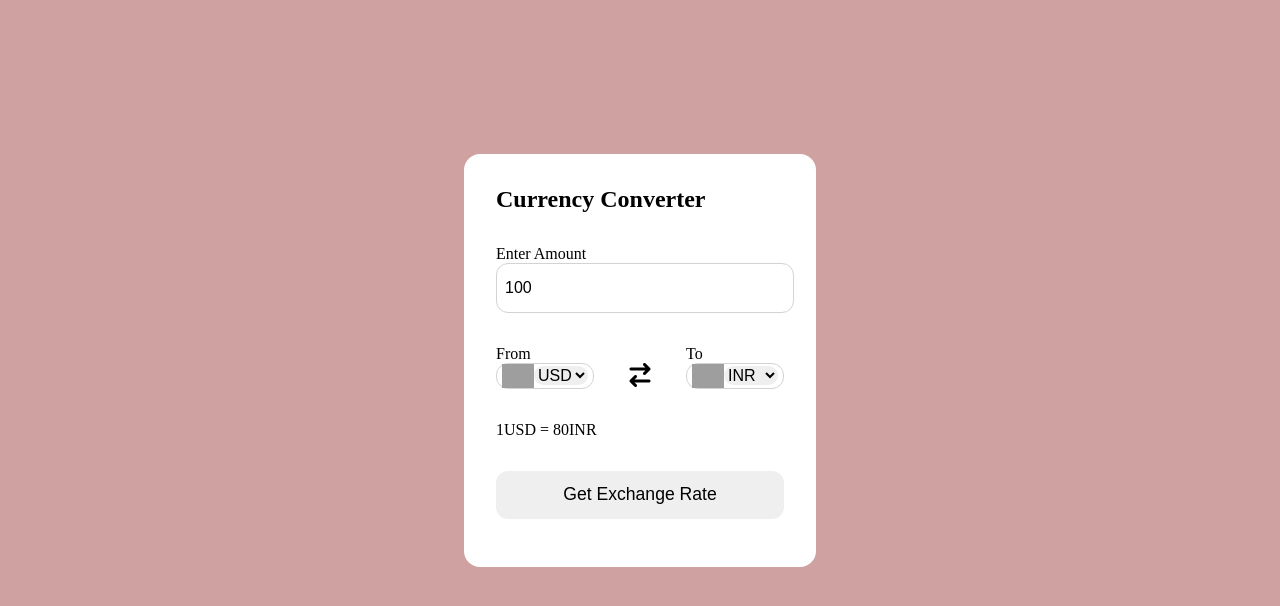
Repository: Chiranshukapil/Currency-Converter
Page: index.html
The author's editor kept a copy of each file at every save. The page is drawn from the files as they stood at one save, then again after the next save.
The browser window is 1280 px wide. The pictures show the whole page.
Pictures or frames that could not be fetched are drawn as grey boxes.

Above is the page before, as saved 2024-07-01 04:35:33.

### index.html
<!DOCTYPE html>
<html lang="en">
<head>
    <meta charset="UTF-8">
    <meta name="viewport" content="width=device-width, initial-scale=1.0">
    <title>Currency Converter</title>
    <link rel="stylesheet" href="style.css">
    <link rel="stylesheet" href="https://cdnjs.cloudflare.com/ajax/libs/font-awesome/6.5.2/css/all.min.css" integrity="sha512-SnH5WK+bZxgPHs44uWIX+LLJAJ9/2PkPKZ5QiAj6Ta86w+fsb2TkcmfRyVX3pBnMFcV7oQPJkl9QevSCWr3W6A==" crossorigin="anonymous" referrerpolicy="no-referrer" />
</head>
<body>
    <div class="container">
        <h2>Currency Converter</h2>
        <form>
            <div class="amount">
                <p>Enter Amount</p>
                <input value="100" type="text">
            </div>
            <div class="dropdown">
                <div class="from">
                    <p>From</p>
                    <div class="select-container">
                        <img src="https://flagsapi.com/US/flat/64.png">
                        <select name="from">
                            <option value="USD">USD</option>
                            <option value="INR">INR</option>
                            <option value="EUR">EUR</option>
                            <option value="AUD">AUD</option>
                        </select>
                    </div>
                </div>
                <i class="fa-solid fa-arrow-right-arrow-left"></i>
                <div class="to">
                    <p>To</p>
                    <div class="select-container">
                        <img src="https://flagsapi.com/IN/flat/64.png">
                        <select name="to">
                            <option value="USD">USD</option>
                            <option value="INR" selected>INR</option>
                            <option value="EUR">EUR</option>
                            <option value="AUD">AUD</option>
                        </select>
                    </div>
                </div>
            </div>
            <div class="msg">1USD = 80INR</div>
            <button>Get Exchange Rate</button>
        </form>
    </div>



    <script src="script.js"></script>
</body>
</html>

### style.css
*{
    margin: 0;
    padding: 0;
}

html,body{
    height: 100%;
    width: 100%;
    display: flex;
    flex-direction: column;
    align-items: center;
    justify-content: center;
    background-color: rgb(207, 161, 161);
}
.container{
    /* display: flex;
    flex-direction: column;
    text-align: center;
    align-items: center;
    justify-content: center; */
    background-color: white;
    padding: 2rem;
    border-radius: 1rem;
    min-height: 45vh;
    width: 40vh;
}

form{
    margin: 2rem 0 1rem 0;
}

form select,button,input{
    width: 100%;
    border: none;
    outline: none;
    border-radius: 0.75rem;
}

form input{
    border: 1px solid lightgray;
    font-size: 1rem;
    height: 3rem;
    padding-left: 0.5rem;
}

.dropdown{
    display: flex;
    justify-content: space-between;
    align-items: center;
    margin-top: 2rem;
}

.dropdown i{
    font-size: 1.5rem;
    margin-top: 1rem;
}

.select-container img{
    max-width: 2rem;
}

.select-container{
    display: flex;
    justify-content: center;
    align-items: center;
    width: 6rem;
    border-radius: 0.75rem;
    border: 1px solid lightgray;
}

.select-container select{
    font-size: 1rem;
    width: auto;
}

.msg{
    margin: 2rem 0;
}

form button{
    height: 3rem;
    cursor: pointer;
    font-size: 1.1rem;
    background-color:;
}

Loaded but not shown: script.js (no copy from this time; the picture is the same without it)

After the next save:
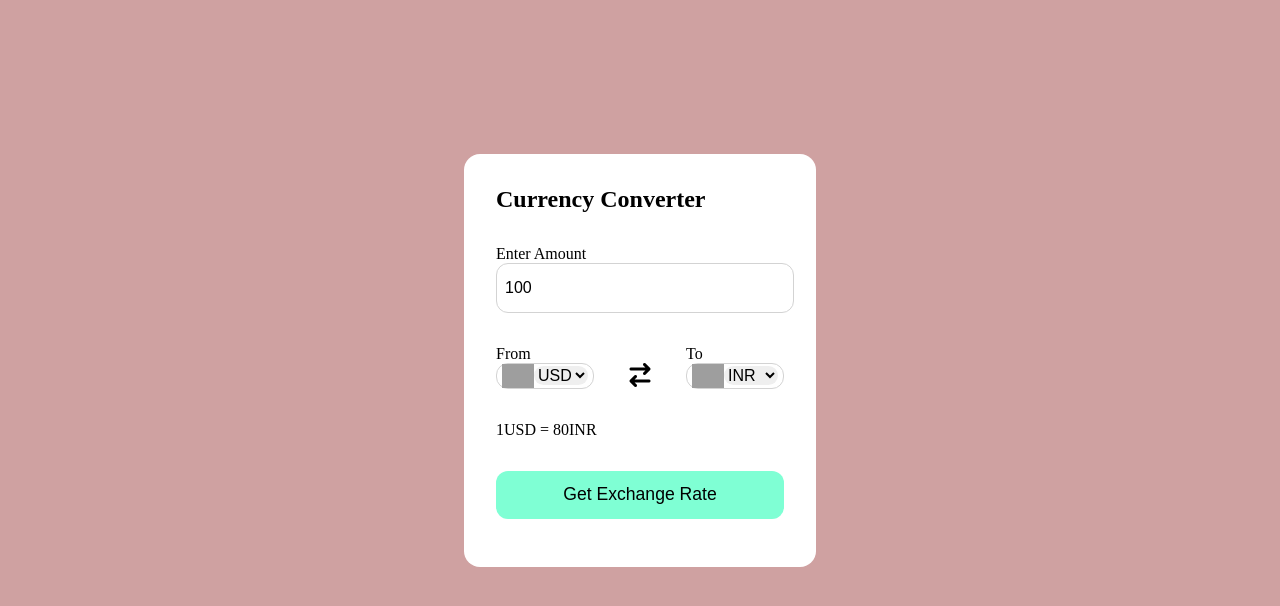
Saved 11 s later.
--- a/style.css
+++ b/style.css
@@ -81,5 +81,5 @@
     height: 3rem;
     cursor: pointer;
     font-size: 1.1rem;
-    background-color:;
+    background-color:aquamarine;
 }

After the save that followed:
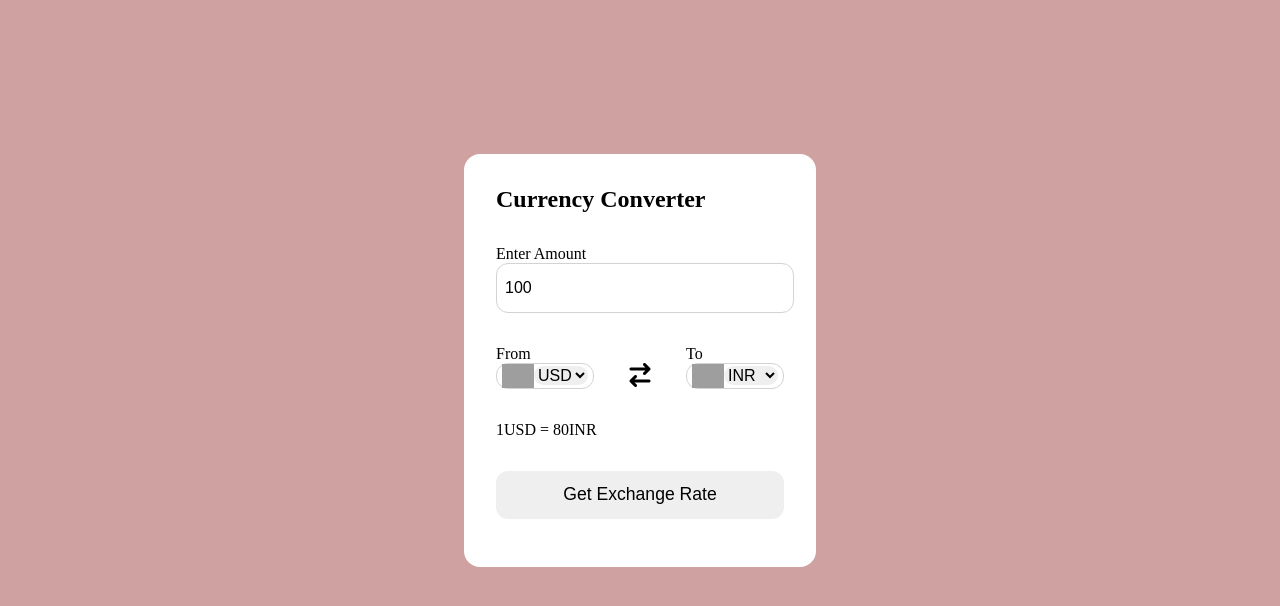
Saved 7 s later.
--- a/style.css
+++ b/style.css
@@ -81,5 +81,5 @@
     height: 3rem;
     cursor: pointer;
     font-size: 1.1rem;
-    background-color:aquamarine;
+    background-color: ;
 }
